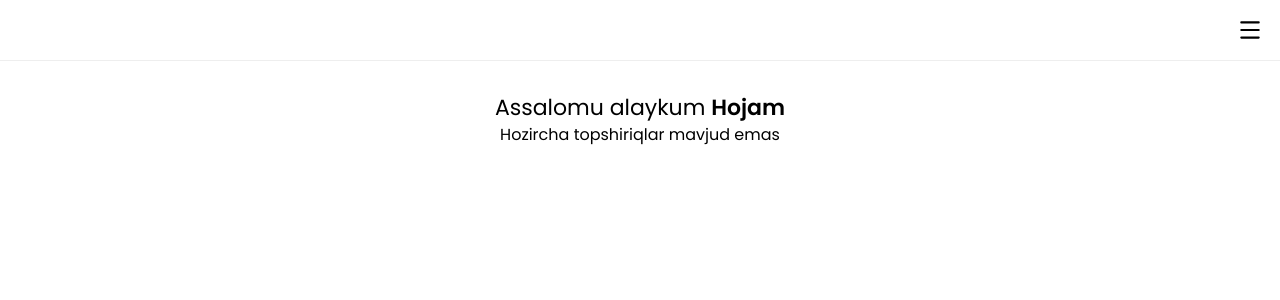
Repository: zaynobiddinovofficel-debug/KotibaAI
Page: / (app in web/)
These files come from the project's save history. The page is drawn as it stood at one moment and after a run of saves; the edit follows.
The browser window is 1280 px wide. The pictures show the whole page.
Some web fonts or font styles are not loaded; a fallback is used. The project was rebuilt for these pictures with package versions that can differ from the ones it lists, and the page was loaded fresh each time. Also part of the build but not shown: web/vite.config.js.

Above is the page before, as saved 2026-03-25 20:16:10.

### web/index.html
<!doctype html>
<html lang="en">
  <head>
    <meta charset="UTF-8" />
    <link rel="icon" type="image/svg+xml" href="/vite.svg" />
    <meta name="viewport" content="width=device-width, initial-scale=1.0" />
    <title>web</title>
    <link rel="preconnect" href="https://fonts.googleapis.com">
    <link rel="preconnect" href="https://fonts.gstatic.com" crossorigin>
    <link href="https://fonts.googleapis.com/css2?family=Barlow+Semi+Condensed:ital,wght@0,100;0,200;0,300;0,400;0,500;0,600;0,700;0,800;0,900;1,100;1,200;1,300;1,400;1,500;1,600;1,700;1,800;1,900&family=Big+Shoulders:opsz,wght@10..72,100..900&family=Chewy&family=Inter:ital,opsz,wght@0,14..32,100..900;1,14..32,100..900&family=Lexend+Deca:wght@100..900&family=Poppins:ital,wght@0,100;0,200;0,300;0,400;0,500;0,600;0,700;0,800;0,900;1,100;1,200;1,300;1,400;1,500;1,600;1,700;1,800;1,900&family=Roboto+Condensed:ital,wght@0,100..900;1,100..900&display=swap" rel="stylesheet">
  </head>
  <body class="font-[Poppins]">
    <div id="root"></div>
    <script type="module" src="/src/main.jsx"></script>
  </body>
</html>

### web/src/App.jsx
import { Button } from "@/components/ui/button"
import { MenuIcon } from "lucide-react"
import React from "react"
export default function App() {
  const [tasks,setTasks] = React.useState(localStorage.getItem("tasks"));
  const [username,setUsername] = React.useState(localStorage.getItem("username"));
  return (
    <>
    <div className="px-3 py-3 max-w-[1280px] w-full border-b border-b-[#0001] flex justify-end">
      <Button className={`w-[36px]`} variant={'ghost'}>
        <MenuIcon className="size-6.5" />
      </Button>
    </div>
    {tasks??
    <div className="px-3 py-3 max-w-[1280px] w-full flex flex-col items-center my-6 text-center gap-2">
    <span className="text-[22px] leading-none">Assalomu alaykum <b className="font-[550]">
      {username==null?"Hojam":username}
    </b></span>
    <span className="leading-none">Hozircha topshiriqlar mavjud emas</span>
    </div>}
    <div className="px-3 py-3 max-w-[1280px] w-full flex justify-center">

    </div>
    </>
  )
}

### web/src/components/ui/button.jsx
import * as React from "react"
import { Slot } from "@radix-ui/react-slot"
import { cva } from "class-variance-authority"

import { cn } from "@/lib/utils"

const buttonVariants = cva(
  "inline-flex items-center justify-center gap-2 whitespace-nowrap rounded-md text-sm font-medium transition-[color,box-shadow,transform] !duration-0 disabled:pointer-events-none disabled:opacity-50 [&_svg]:pointer-events-none [&_svg:not([class*='size-'])]:size-4 shrink-0 [&_svg]:shrink-0 outline-none focus-visible:border-ring focus-visible:ring-ring/50 focus-visible:ring-[3px] aria-invalid:ring-destructive/20 dark:aria-invalid:ring-destructive/40 aria-invalid:border-destructive active:scale-[0.98]",
  {
    variants: {
      variant: {
        default:
          "bg-primary text-primary-foreground shadow-xs hover:bg-primary/90",
        destructive:
          "bg-destructive text-white shadow-xs hover:bg-destructive/90 focus-visible:ring-destructive/20",
        outline:
          "border bg-background shadow-xs hover:bg-accent hover:text-accent-foreground",
        secondary:
          "bg-secondary text-secondary-foreground shadow-xs hover:bg-secondary/80",
        ghost: "hover:bg-accent hover:text-accent-foreground",
        link: "text-primary underline-offset-4 hover:underline",
      },
      size: {
        default: "h-9 px-4 py-2",
        sm: "h-8 rounded-md gap-1.5 px-3",
        lg: "h-10 rounded-md px-6",
        icon: "size-9",
      },
    },
    defaultVariants: {
      variant: "default",
      size: "default",
    },
  }
)

function Button({ className, variant, size, asChild = false, ...props }) {
  const Comp = asChild ? Slot : "button"

  return (
    <Comp
      data-slot="button"
      className={cn(buttonVariants({ variant, size, className }))}
      {...props}
    />
  )
}

export { Button, buttonVariants }

Loaded but not shown: web/src/main.jsx (common file); web/src/index.css (common file); web/src/lib/utils.js (common file)

After the next 2 saves:
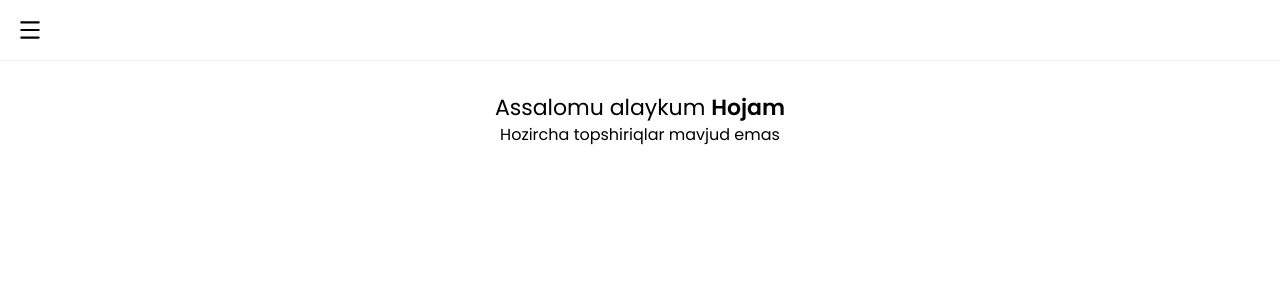
The 2 saves are shown as one change because they came seconds apart.
The last was saved 12 s later.
--- a/web/src/App.jsx
+++ b/web/src/App.jsx
@@ -6,7 +6,7 @@ export default function App() {
   const [username,setUsername] = React.useState(localStorage.getItem("username"));
   return (
     <>
-    <div className="px-3 py-3 max-w-[1280px] w-full border-b border-b-[#0001] flex justify-end">
+    <div className="px-3 py-3 max-w-[1280px] w-full border-b border-b-[#0001] flex">
       <Button className={`w-[36px]`} variant={'ghost'}>
         <MenuIcon className="size-6.5" />
       </Button>
